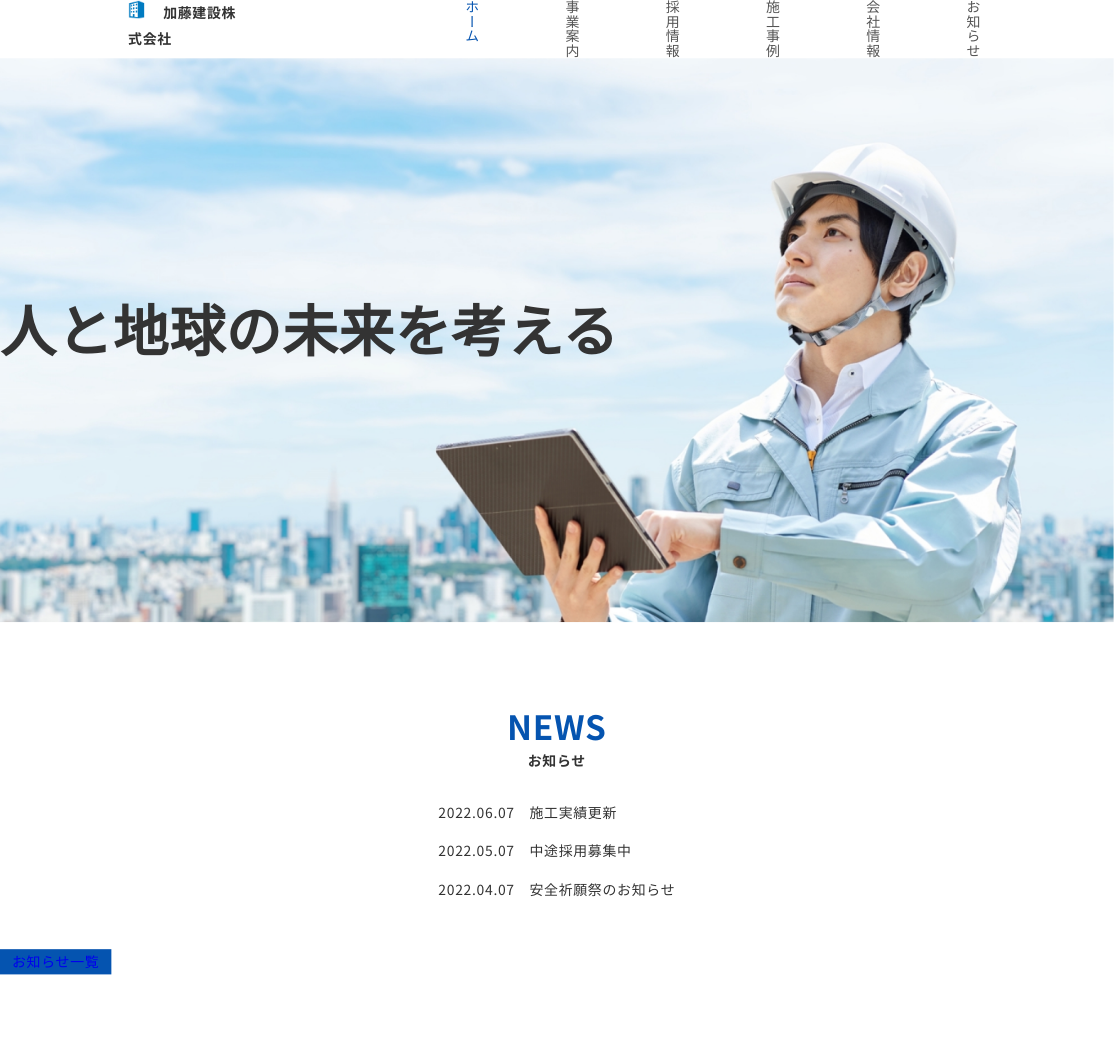
Repository: nozomi-23/hp1_test
Page: index.html
The author's editor kept a copy of each file at every save. The page is drawn from the files as they stood at one save, then again after the next save.
The browser window is 1280 px wide. The pictures show the whole page, at 87% of full size.

Above is the page before, as saved 2022-06-12 11:13:07.

### index.html
<!DOCTYPE html>
<html lang="ja">
<head>
<meta charset="UTF-8">
<title>加藤建設 株式会社</title>
<meta name="description" content="人と地球の未来を考える 加藤建設 株式会社">
<meta name="keywords" content="建築,土木,インフラ">
<meta name="viewport" content="width=device-width, initial-scale=1.0">
<meta property="og:title" content="建築依頼なら「加藤建設 株式会社」">
<meta property="og:type" content="article">
<meta property="og:url" content="https://withcode-plus.tech">
<meta property="og:image" content="img/logo.png">
<meta property="og:description" content="確かな技術力が自慢、インフラから地域貢献まで加藤建設にお任せ下さい">
<meta property="og:site_name" content="加藤建設 株式会社">
<link rel="icon" href="img/favicon.ico">
<link rel="apple-touch-icon" sizes="180x180" href="img/logo.png">
<link rel="preconnect" href="https://fonts.googleapis.com">
<link rel="preconnect" href="https://fonts.gstatic.com" crossorigin>
<link href="https://fonts.googleapis.com/css2?family=Noto+Sans+JP:wght@400;500;700&family=Noto+Serif+JP&display=swap"
  rel="stylesheet">
<link rel="stylesheet" type="text/css" href="css/reset.css">
<link rel="stylesheet" type="text/css" href="css/common1.css">
<link rel="stylesheet" type="text/css" href="css/index.css">
</head>
<body>
  <!-- =========header -->
  <header>
    <div class="header_wrapper">
      <div class="header_inner">
        <h1 class="header_left">加藤建設株式会社</h1>
        <nav class="header_right" >
          <ul class="header_list">
            <li><a href="#" class="color">ホーム</a></li>
            <li><a href="html/business.html">事業案内</a></li>
            <li><a href="html/recruit.html">採用情報</a></li>
            <li><a href="html/work.html">施工事例</a></li>
            <li><a href="html/company.html">会社情報</a></li>
            <li><a href="html/news.html">お知らせ</a></li>
          </ul>
        </nav>
      </div>
    </div>
  </header>
  <!-- =========main_view -->
  <main>
    <section class="main_wrapper">
      <div class="main_txt">
        <h3>人と地球の未来を考える</h3>
      </div>
    </section>
    <!-- =========news -->
    <section class="news section">
      <div class="news_wrapper">
        <h2 class="title">NEWS<br>
          <small>お知らせ</small></h2>
        <ul class="news_list">
          <li>2022.06.07&emsp;施工実績更新</li>
          <li>2022.05.07&emsp;中途採用募集中</li>
          <li>2022.04.07&emsp;安全祈願祭のお知らせ</li>
        </ul>
        <div class="btn">
          <a href="html/news.html">お知らせ一覧</a>
        </div>
      </div>
    </section>
  </main>
</body>
</html>

### css/reset.css
@charset "UTF-8";

html,
body,
div,
span,
object,
iframe,
h1,
h2,
h3,
h4,
h5,
h6,
p,
blockquote,
pre,
abbr,
address,
cite,
code,
del,
dfn,
em,
img,
ins,
kbd,
q,
samp,
small,
strong,
sub,
sup,
var,
b,
i,
dl,
dt,
dd,
ol,
ul,
li,
fieldset,
form,
label,
legend,
table,
caption,
tbody,
tfoot,
thead,
tr,
th,
td,
article,
aside,
canvas,
details,
figcaption,
figure,
footer,
header,
hgroup,
menu,
nav,
section,
summary,
time,
mark,
audio,
video {
  margin: 0;
  padding: 0;
  border: 0;
  outline: 0;
  font-size: 100%;
  vertical-align: baseline;
  background: transparent;
}

body {
  line-height: 1;
}

article,
aside,
details,
figcaption,
figure,
footer,
header,
hgroup,
menu,
nav,
section {
  display: block;
}

nav ul {
  list-style: none;
}

blockquote,
q {
  quotes: none;
}

blockquote:before,
blockquote:after,
q:before,
q:after {
  content: '';
  content: none;
}

a {
  margin: 0;
  padding: 0;
  font-size: 100%;
  vertical-align: baseline;
  background: transparent;
}

/* change colours to suit your needs */
ins {
  background-color: #ff9;
  color: #000;
  text-decoration: none;
}

/* change colours to suit your needs */
mark {
  background-color: #ff9;
  color: #000;
  font-style: italic;
  font-weight: bold;
}

del {
  text-decoration: line-through;
}

abbr[title],
dfn[title] {
  border-bottom: 1px dotted;
  cursor: help;
}

table {
  border-collapse: collapse;
  border-spacing: 0;
}

/* change border colour to suit your needs */
hr {
  display: block;
  height: 1px;
  border: 0;
  border-top: 1px solid #cccccc;
  margin: 1em 0;
  padding: 0;
}

input,
select {
  vertical-align: middle;
}

### css/common1.css
@charset "UTF-8";

body {
  color: #333;
  letter-spacing: 0.05em;
  line-height: 1.8;
  font-family: 'Noto Sans JP', sans-serif ,'Noto Serif JP',
  serif;
}
li {
  list-style: none;
}

a {
  text-decoration: none;
}
.section {
  margin: 8% 0;
}


/* タイトル */
.title {
  color: #0554B0;
  font-weight: bold;
  font-size: 2.4rem;
  line-height: 0.8;
}
.news_wrapper small {
  font-size: 1rem;
  color: #333;
}
/* ボタン */
.btn {
  background-color: #0554B0;
  width: 10%;
}
.btn

### css/index.css
@charset "UTF-8";

/* =================
header
===================*/
.header_wrapper {
  display: flex;
  justify-content: center;
}
.header_inner {
  width: 77%;
  display: flex;
  justify-content: space-between;

}
.header_list {
  display: table;
}
.header_list li {
  display: table-cell;
  writing-mode: vertical-rl;
}
.header_list li a {
  color: #555;
}
.header_list li a:hover {
  opacity: 0.5;
}
.header_list li a.color {
  color: #0554B0;
}

.header_left::before {
  content: "";
  background: url(../img/name_icon.png) no-repeat ;
  background-size: contain;
  width: 30%;
  height: 30%;
  z-index: 1;
  display: inline-block;
}

/* =================
main_view
===================*/
.main_wrapper {
  background: url(../img/top_img.png)no-repeat center;
  background-size: cover;
  width: 100%;
  height: 90vh;
}
.main_txt {
  font-size: 4rem;
  font-weight: normal;
  font-family: 'Noto Serif JP';
  position: relative;
  top: 40%;
}
/* =================
news
===================*/
.news {
  text-align: center;
  display: block;
}

.news_list {
  padding: 3%;
  text-align: left;
  display: inline-block;

}
.news_list li {
  margin-bottom: 1rem;
}

After the next save:
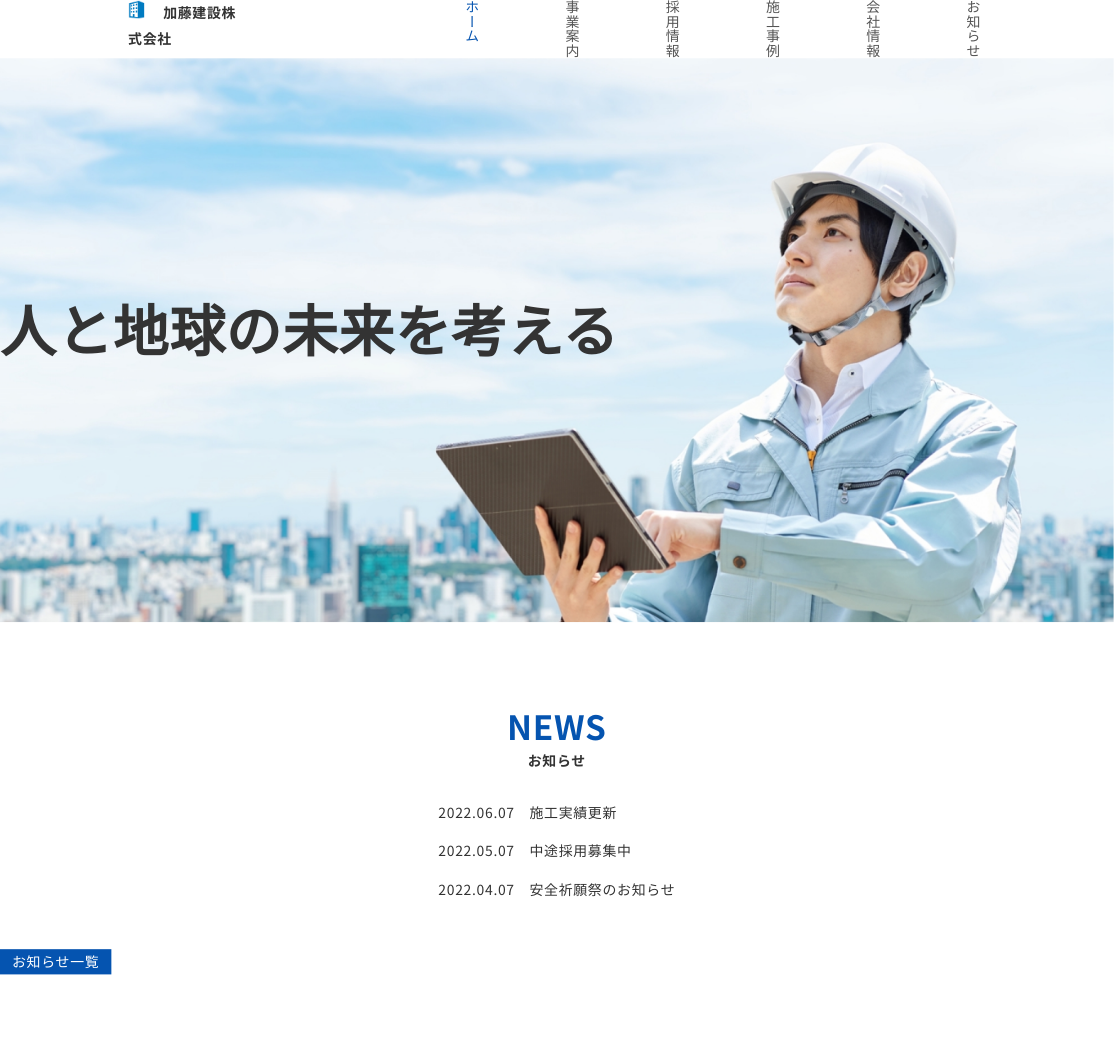
Saved 4 s later.
--- a/css/common1.css
+++ b/css/common1.css
@@ -35,4 +35,6 @@
   background-color: #0554B0;
   width: 10%;
 }
-.btn
+.btn a {
+    color: #fff;
+}
